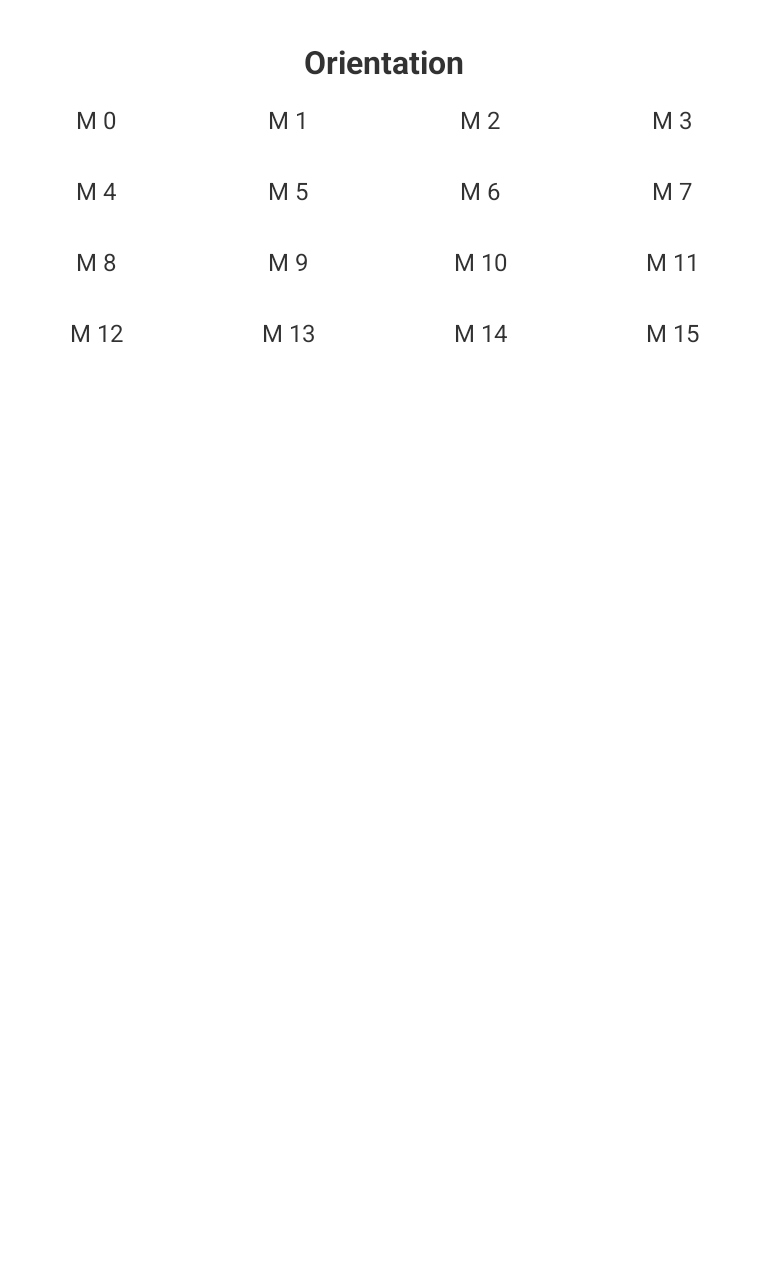
Repository: 3lim/DroidAhoy
Layout: AhoyApp/res/layout/main.xml
An editor plug-in stored every save of this project. The layout is shown before and after the next save, followed by the edit.
It is drawn on a 768 x 1280 px phone screen (xhdpi) without system bars, with theme AppTheme; the app's code is not run. Lists and similar views that code fills are empty.

Above is the layout before, as saved 2013-11-14 21:52:10.

### AhoyApp/res/layout/main.xml
<?xml version="1.0" encoding="utf-8"?>

<LinearLayout xmlns:android="http://schemas.android.com/apk/res/android"

android:orientation="vertical"

android:layout_width="fill_parent"

android:layout_height="fill_parent">

<TextView
    android:layout_width="fill_parent"
    android:layout_height="wrap_content"
    android:gravity="center"
    android:paddingTop="20dip"
    android:text="Orientation"
    android:textSize="16sp"
    android:textStyle="bold" />

<TableLayout

android:paddingTop="10dip"

android:layout_width="fill_parent"

android:layout_height="wrap_content"

android:stretchColumns="*">

<TableRow>

<TextView

android:layout_width="wrap_content"

android:layout_height="wrap_content"

android:textSize="12sp"

android:text="M 0"

android:gravity="center"/>

<TextView

android:layout_width="wrap_content"

android:layout_height="wrap_content"

android:textSize="12sp"

android:text="M 1"

android:gravity="center"/>

<TextView

android:layout_width="wrap_content"

android:layout_height="wrap_content"

android:textSize="12sp"

android:text="M 2"

android:gravity="center"/>

<TextView

android:layout_width="wrap_content"

android:layout_height="wrap_content"

android:textSize="12sp"

android:text="M 3"

android:gravity="center"/>

</TableRow>

<TableRow>

<TextView

android:layout_width="wrap_content"

android:layout_height="wrap_content"

android:id="@+id/m0"

android:gravity="center"/>

<TextView

android:layout_width="wrap_content"

android:layout_height="wrap_content"

android:id="@+id/m1"

android:gravity="center"/>

<TextView

android:layout_width="wrap_content"

android:layout_height="wrap_content"

android:id="@+id/m2"

android:gravity="center"/>

<TextView

android:layout_width="wrap_content"

android:layout_height="wrap_content"

android:id="@+id/m3"

android:gravity="center"/>

</TableRow>

<TableRow>

<TextView

android:layout_width="wrap_content"

android:layout_height="wrap_content"

android:textSize="12sp"

android:text="M 4"

android:gravity="center"/>

<TextView

android:layout_width="wrap_content"

android:layout_height="wrap_content"

android:textSize="12sp"

android:text="M 5"

android:gravity="center"/>

<TextView

android:layout_width="wrap_content"

android:layout_height="wrap_content"

android:textSize="12sp"

android:text="M 6"

android:gravity="center"/>

<TextView

android:layout_width="wrap_content"

android:layout_height="wrap_content"

android:textSize="12sp"

android:text="M 7"

android:gravity="center"/>

</TableRow>

<TableRow>

<TextView

android:layout_width="wrap_content"

android:layout_height="wrap_content"

android:id="@+id/m4"

android:gravity="center"/>

<TextView

android:layout_width="wrap_content"

android:layout_height="wrap_content"

android:id="@+id/m5"

android:gravity="center"/>

<TextView

android:layout_width="wrap_content"

android:layout_height="wrap_content"

android:id="@+id/m6"

android:gravity="center"/>

<TextView

android:layout_width="wrap_content"

android:layout_height="wrap_content"

android:id="@+id/m7"

android:gravity="center"/>

</TableRow>

<TableRow>

<TextView

android:layout_width="wrap_content"

android:layout_height="wrap_content"

android:textSize="12sp"

android:text="M 8"

android:gravity="center"/>

<TextView

android:layout_width="wrap_content"

android:layout_height="wrap_content"

android:textSize="12sp"

android:text="M 9"

android:gravity="center"/>

<TextView

android:layout_width="wrap_content"

android:layout_height="wrap_content"

android:textSize="12sp"

android:text="M 10"

android:gravity="center"/>

<TextView

android:layout_width="wrap_content"

android:layout_height="wrap_content"

android:textSize="12sp"

android:text="M 11"

android:gravity="center"/>

</TableRow>

<TableRow>

<TextView

android:layout_width="wrap_content"

android:layout_height="wrap_content"

android:id="@+id/m8"

android:gravity="center"/>

<TextView

android:layout_width="wrap_content"

android:layout_height="wrap_content"

android:id="@+id/m9"

android:gravity="center"/>

<TextView

android:layout_width="wrap_content"

android:layout_height="wrap_content"

android:id="@+id/m10"

android:gravity="center"/>

<TextView

android:layout_width="wrap_content"

android:layout_height="wrap_content"

android:id="@+id/m11"

android:gravity="center"/>

</TableRow>

<TableRow>

<TextView

android:layout_width="wrap_content"

android:layout_height="wrap_content"

android:textSize="12sp"

android:text="M 12"

android:gravity="center"/>

<TextView

android:layout_width="wrap_content"

android:layout_height="wrap_content"

android:textSize="12sp"

android:text="M 13"

android:gravity="center"/>

<TextView

android:layout_width="wrap_content"

android:layout_height="wrap_content"

android:textSize="12sp"

android:text="M 14"

android:gravity="center"/>

<TextView

android:layout_width="wrap_content"

android:layout_height="wrap_content"

android:textSize="12sp"

android:text="M 15"

android:gravity="center"/>

</TableRow>

<TableRow>

<TextView

android:layout_width="wrap_content"

android:layout_height="wrap_content"

android:id="@+id/m12"

android:gravity="center"/>

<TextView

android:layout_width="wrap_content"

android:layout_height="wrap_content"

android:id="@+id/m13"

android:gravity="center"/>

<TextView

android:layout_width="wrap_content"

android:layout_height="wrap_content"

android:id="@+id/m14"

android:gravity="center"/>

<TextView

android:layout_width="wrap_content"

android:layout_height="wrap_content"

android:id="@+id/m15"

android:gravity="center"/>

</TableRow>



</TableLayout>

<ImageView

android:paddingTop="10dip"

android:layout_width="wrap_content"

android:layout_height="wrap_content"

android:id="@+id/image"

android:layout_gravity="center"

android:visibility="invisible"/>

</LinearLayout>

Loaded but not shown: AhoyApp/res/values/styles.xml (common file); AhoyApp/res/values-v11/styles.xml (common file); AhoyApp/res/values-v14/styles.xml (common file)

After the next save:
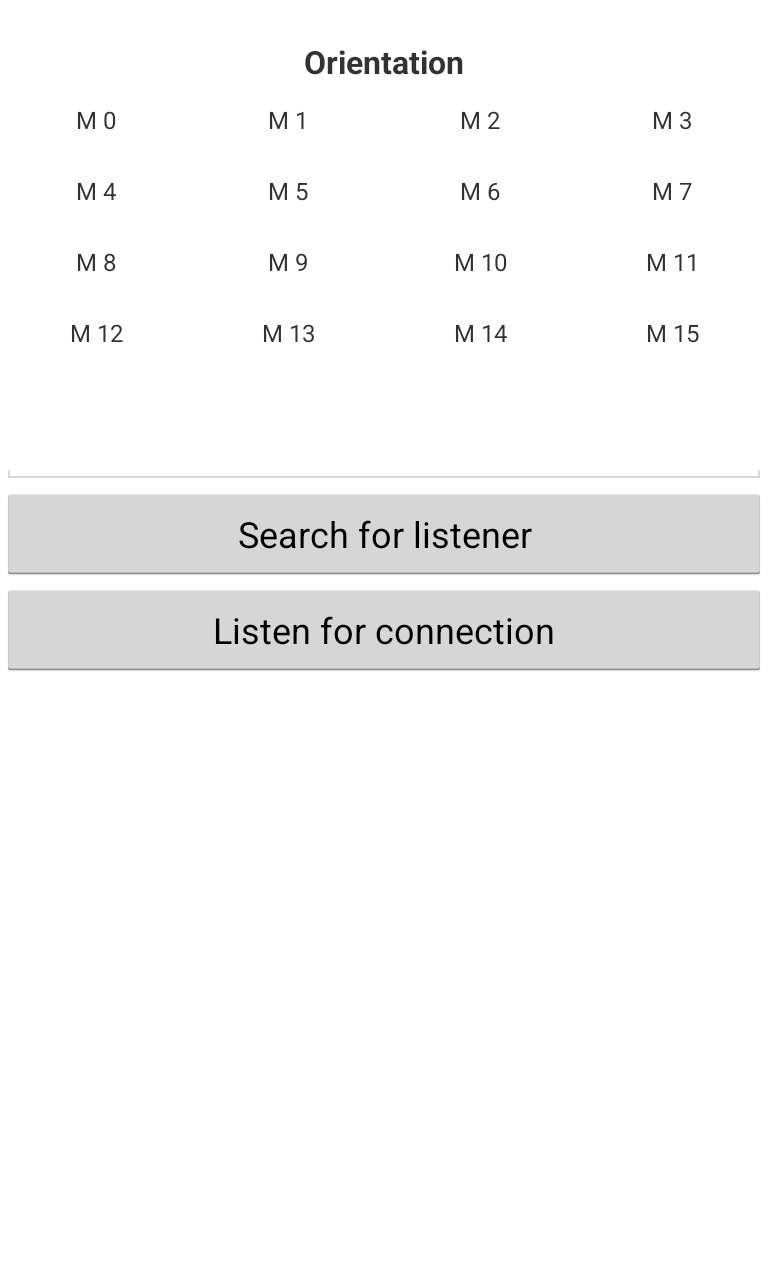
Saved 53 s later.
--- a/AhoyApp/res/layout/main.xml
+++ b/AhoyApp/res/layout/main.xml
@@ -429,4 +429,43 @@ android:layout_gravity="center"
 
 android:visibility="invisible"/>
 
+
+<EditText
+android:id="@+id/text_message"
+android:layout_width="fill_parent"
+android:layout_height="wrap_content"
+android:layout_alignParentBottom="true"
+android:enabled="false"
+/>
+<Button
+android:id="@+id/button_search"
+android:text="Search for listener"
+android:layout_width="fill_parent"
+android:layout_height="wrap_content"
+android:layout_above="@id/text_message"
+/>
+<Button
+android:id="@+id/button_listen"
+android:text="Listen for connection"
+android:layout_width="fill_parent"
+android:layout_height="wrap_content"
+android:layout_above="@id/button_search"
+/>
+
+<ListView
+android:id="@+id/list_discovered"
+android:layout_width="fill_parent"
+android:layout_height="fill_parent"
+android:layout_above="@id/button_listen"
+android:layout_alignParentTop="true"
+/>
+<TextView
+android:id="@+id/text_messages"
+android:layout_width="fill_parent"
+android:layout_height="fill_parent"
+android:layout_above="@id/button_listen"
+android:layout_alignParentTop="true"
+android:visibility="gone"
+/>
+
 </LinearLayout>
